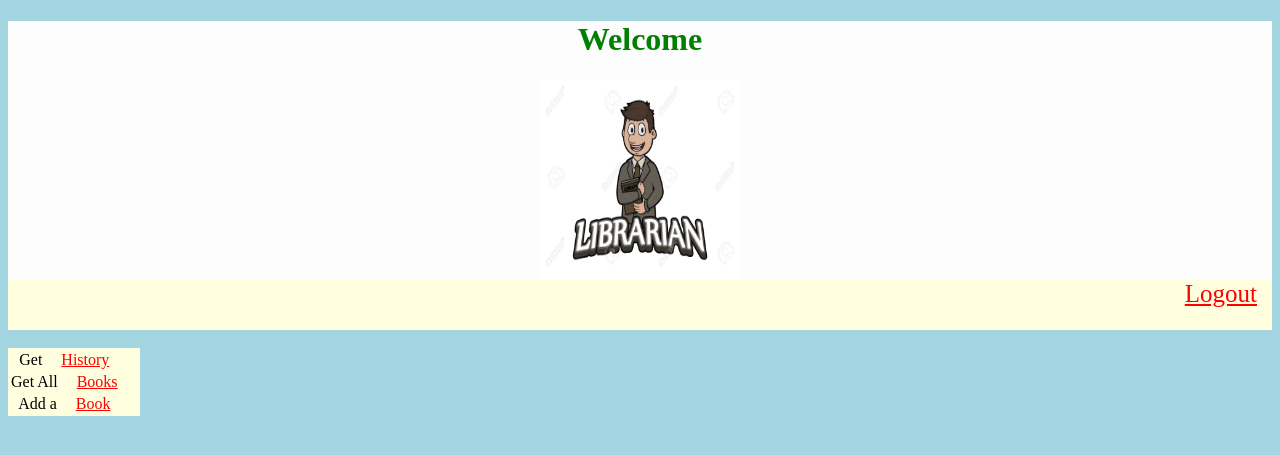
Repository: prashantvadlamani/Library-Management-System
Page: http://localhost/project/librarian.jsp
These files come from the project's save history. The page is drawn as it stood at one moment and after the next save; the edit follows.
The browser window is 1280 px wide. The pictures show the whole page.
The page is served by Tomcat 9. Other server files are loaded and not shown.

Above is the page before, as saved 2018-08-23 06:07:17.

### project/WebContent/librarian.jsp
<%@ page language="java" contentType="text/html; charset=ISO-8859-1"
    pageEncoding="ISO-8859-1"%>
<%@page import="java.util.*"%>
<%@page import="model.*"%>
<!DOCTYPE html PUBLIC "-//W3C//DTD HTML 4.01 Transitional//EN" "http://www.w3.org/TR/html4/loose.dtd">
<html>
<head>
<meta http-equiv="Content-Type" content="text/html; charset=ISO-8859-1">
<title>Librarian</title>
<style>
	h1{
		text-align:center;
		color: green;
	}

	a{
		color: red;
		padding: 15px;
	}
	body{
		background-color: #a3d6e0;
	}
	img{
		width:200px;
		height: 200px;
	}
	.center {
    display: block;
    margin-left: auto;
    margin-right: auto;
	}
	div table{
		background-color: lightyellow;
	}
	div{
		text-align: center;
	}
</style>
</head>
<body>
	<header style="background-color:#fdfdfd;">
	   <h1>Welcome</h1>
	   <span><img src="images/librarianlogo.jpg" class="center"></img></span>
  </header>
	<div style="text-align:right;background-color: lightyellow;height: 50px;font-size: 25px;"><a href="logout" >Logout</a></div>
	<br>
	<div>
	<table>
		<tr>
			<td>Get <a href="libhistory">History</a></td>
		</tr>
		<tr>
			<td>Get All <a href="librarianServlet">Books</a></td>
		</tr>
		<tr>
			<td>Add a <a href="add">Book</a><td>
	</tr>
	</table>
	</div>
</body>
</html>

After the next save:
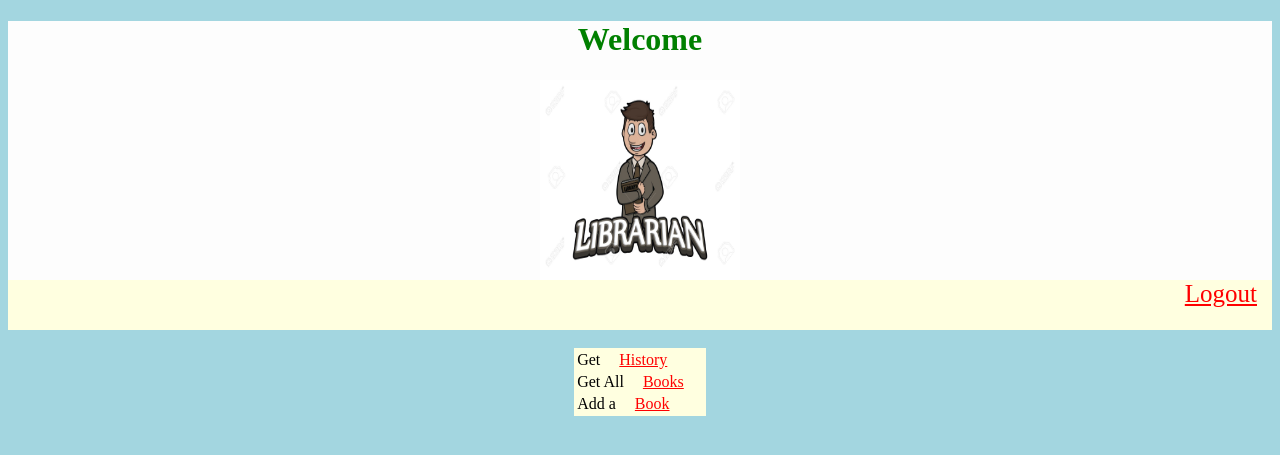
Saved 46 s later.
--- a/project/WebContent/librarian.jsp
+++ b/project/WebContent/librarian.jsp
@@ -29,11 +29,8 @@
     margin-left: auto;
     margin-right: auto;
 	}
-	div table{
+	table{
 		background-color: lightyellow;
-	}
-	div{
-		text-align: center;
 	}
 </style>
 </head>
@@ -44,8 +41,7 @@
   </header>
 	<div style="text-align:right;background-color: lightyellow;height: 50px;font-size: 25px;"><a href="logout" >Logout</a></div>
 	<br>
-	<div>
-	<table>
+	<table align="center">
 		<tr>
 			<td>Get <a href="libhistory">History</a></td>
 		</tr>
@@ -56,6 +52,5 @@
 			<td>Add a <a href="add">Book</a><td>
 	</tr>
 	</table>
-	</div>
 </body>
 </html>
